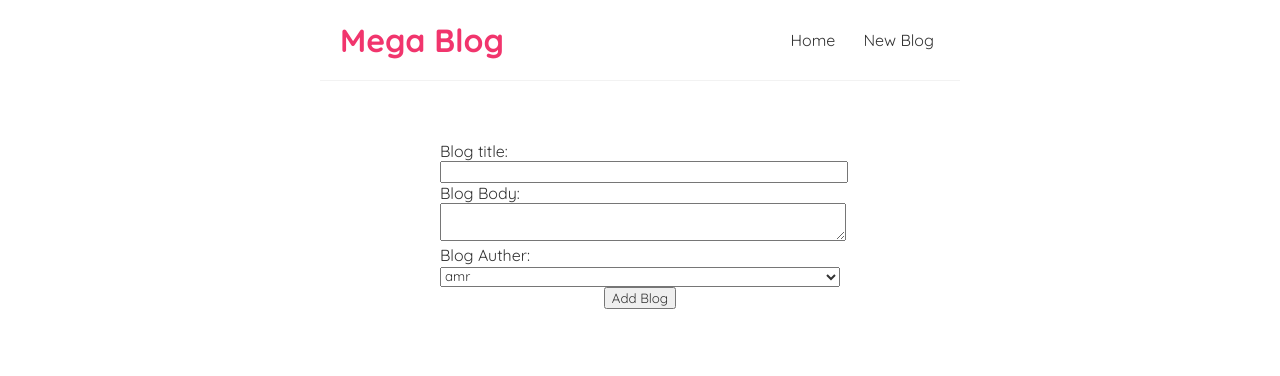
Repository: Amr-Hendawy/blog
Page: /create
An editor plug-in stored every save of this project. The page is shown before and after the next save, followed by the edit.
The browser window is 1280 px wide. The pictures show the whole page.
The project was rebuilt for these pictures with package versions that can differ from the ones it lists, and the page was loaded fresh each time. A package was used in the major version that the imports need, not the one package.json lists. Also part of the build but not shown: src/Components/BlogList/BlogList.js, src/Components/Home/Home.css, src/Components/useFetch/useFetch.js, src/Components/Home/Home.js, src/Components/BlogDetails/BlogDetails.js.

Above is the page before, as saved 2022-11-09 19:48:02.

After the next save:
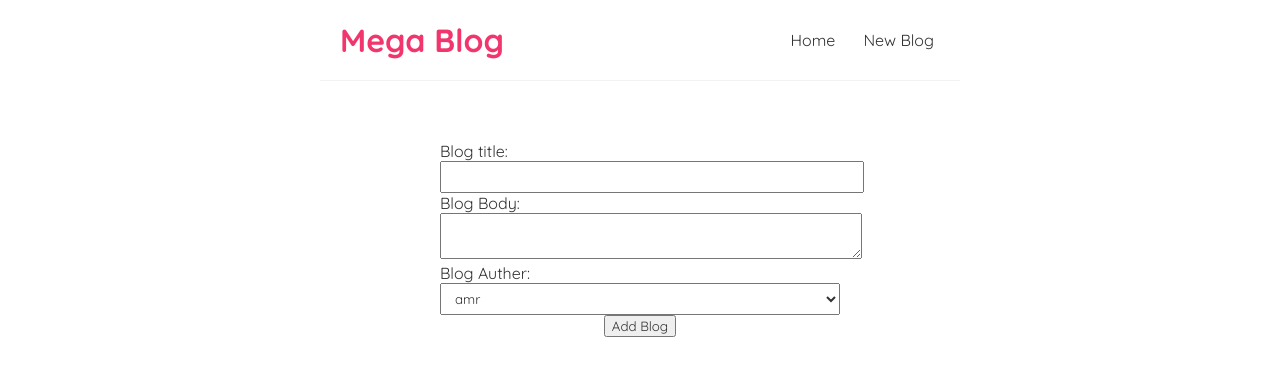
Saved 13 s later.
--- a/src/index.css
+++ b/src/index.css
@@ -71,4 +71,5 @@
 .create textarea,
 .create select {
   width: 100%;
+  padding: 6px 10px;
 }
